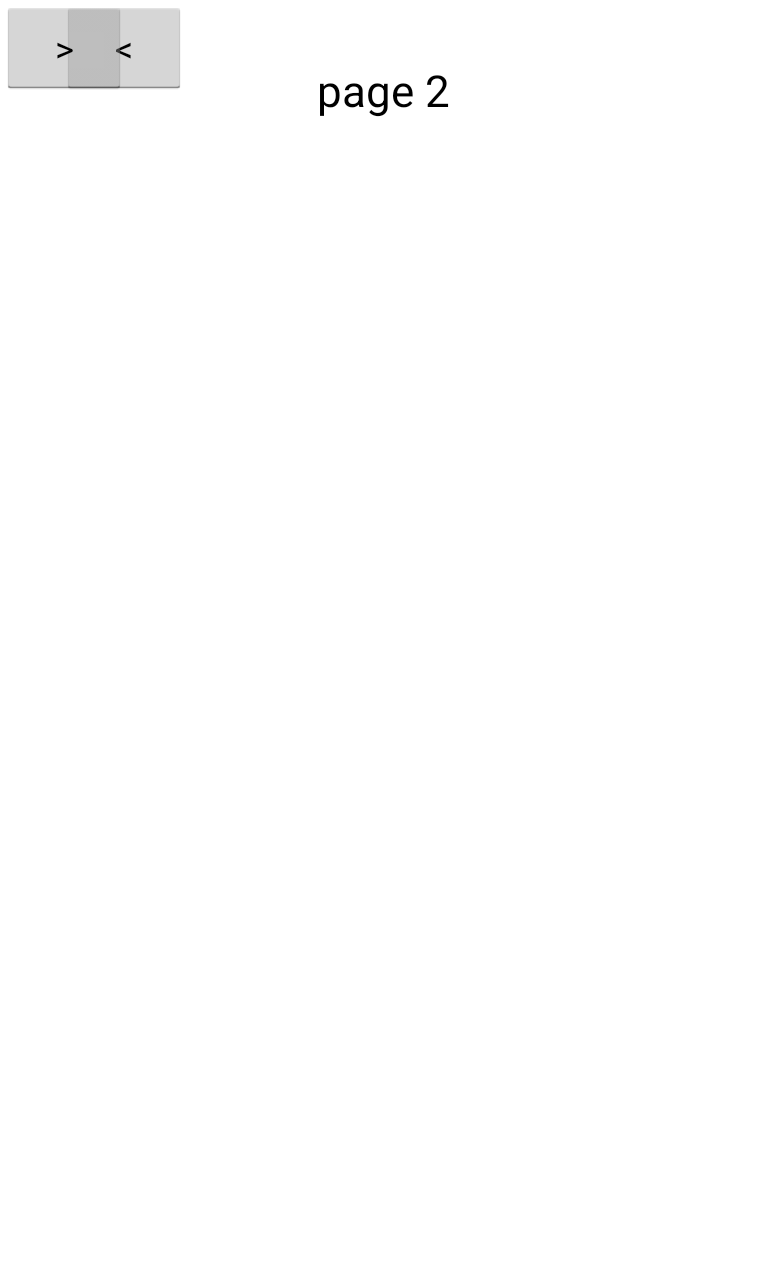
Repository: cho15255/Android-Test
Layout: ApplicationActivity/res/layout/page_2.xml
The author's editor kept a copy of each file at every save. The layout is drawn from the files as they stood at one save, then again after a run of saves.
It is drawn on a 768 x 1280 px phone screen (xhdpi) without system bars, with theme AppTheme; the app's code is not run.

Above is the layout before, as saved 2013-05-14 20:48:13.

### ApplicationActivity/res/layout/page_2.xml
<?xml version="1.0" encoding="utf-8"?>
<RelativeLayout xmlns:android="http://schemas.android.com/apk/res/android"
    android:layout_width="match_parent"
    android:layout_height="match_parent" >

    <TextView
        android:id="@+id/textView1"
        android:layout_width="wrap_content"
        android:layout_height="wrap_content"
        android:layout_alignParentTop="true"
        android:layout_centerHorizontal="true"
        android:layout_marginTop="30dp"
        android:text="@string/page_number_2"
        android:textAppearance="?android:attr/textAppearanceLarge" />

    <Button
        android:id="@+id/button_back_1"
        android:layout_width="wrap_content"
        android:layout_height="wrap_content"
        android:layout_alignBottom=""
        android:layout_marginBottom="24dp"
        android:layout_marginLeft="30dp"
        android:text="@string/button_back" />

    <Button
        android:id="@+id/button_next"
        android:layout_width="wrap_content"
        android:layout_height="wrap_content"
        android:layout_marginBottom="24dp"
        android:layout_marginRight="30dp"
        android:text="@string/button_next" />

</RelativeLayout>

### ApplicationActivity/res/values/strings.xml
<?xml version="1.0" encoding="utf-8"?>
<resources>
    <string name="button_back">&lt; </string>
    <string name="button_back_2">&lt;&lt;</string>
    <string name="button_next">&gt; </string>
    <string name="title">JH Testing</string>
    <string name="app_title">A Testing</string>
    <string name="page_number_1">page 1</string>
    <string name="page_number_2">page 2</string>
    <string name="page_number_3">page 3</string>
    <string name="button_begin">Begin</string>

</resources>

Loaded but not shown: ApplicationActivity/res/values/styles.xml (common file); ApplicationActivity/res/values-v11/styles.xml (common file); ApplicationActivity/res/values-v14/styles.xml (common file)

After the next 2 saves:
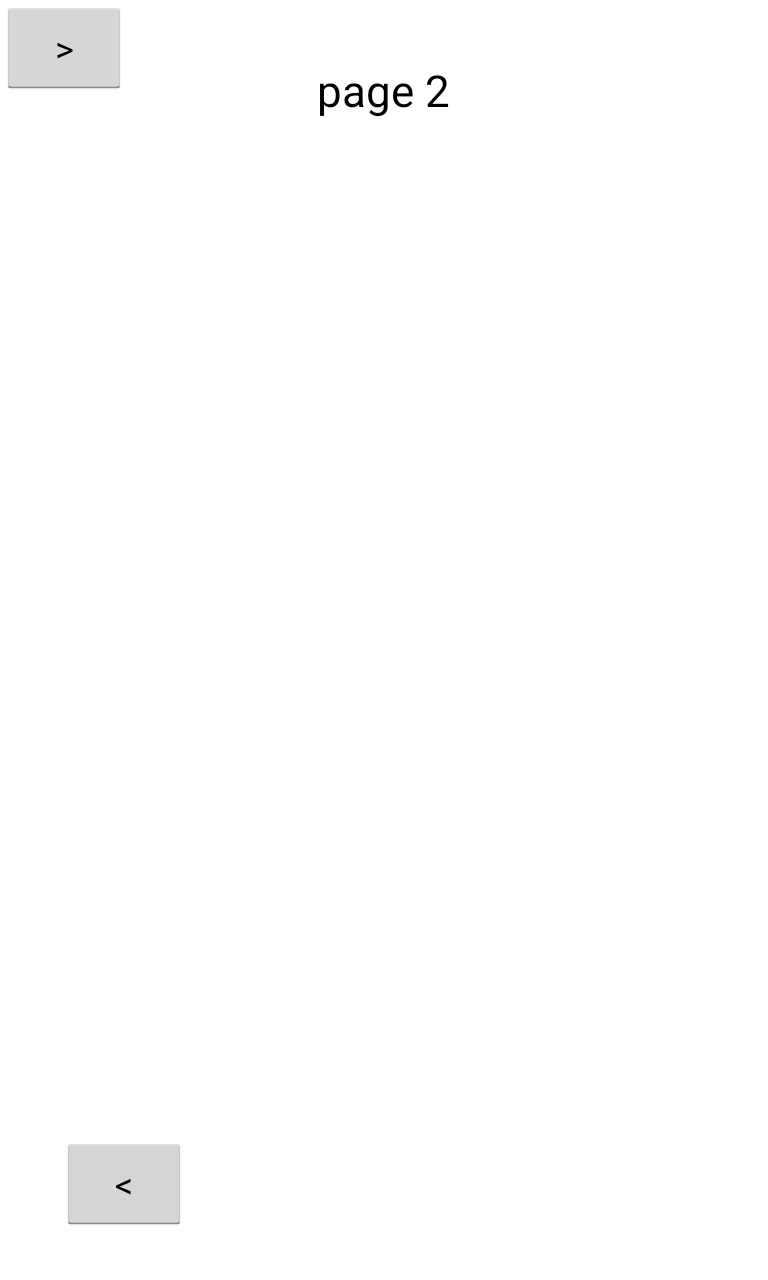
The 2 saves are shown as one change because 1 did not build or start.
The last was saved 59 s later.
--- a/ApplicationActivity/res/layout/page_2.xml
+++ b/ApplicationActivity/res/layout/page_2.xml
@@ -17,7 +17,7 @@
         android:id="@+id/button_back_1"
         android:layout_width="wrap_content"
         android:layout_height="wrap_content"
-        android:layout_alignBottom=""
+        android:layout_alignParentBottom="true"
         android:layout_marginBottom="24dp"
         android:layout_marginLeft="30dp"
         android:text="@string/button_back" />
